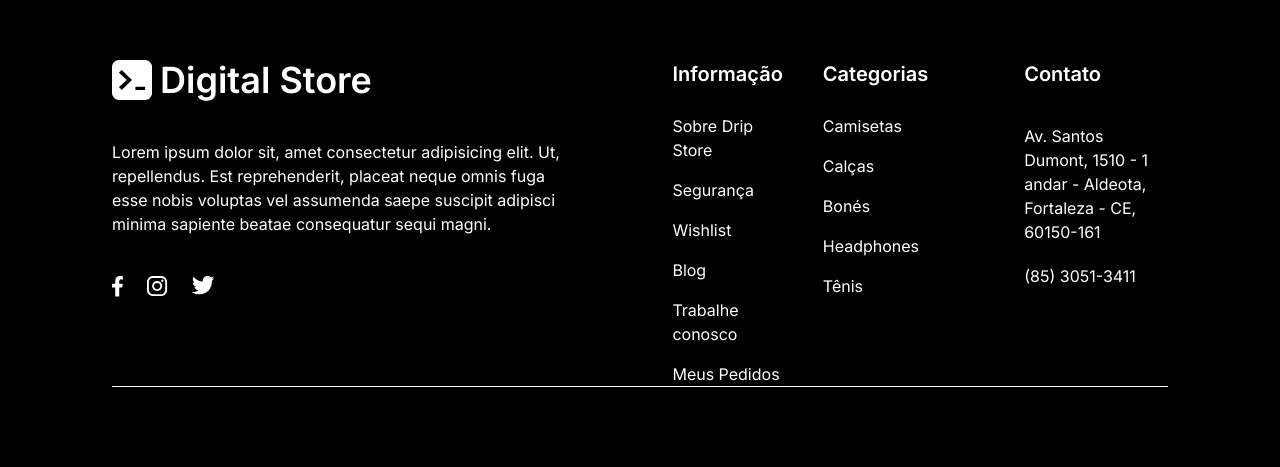
Repository: geracao-09/digital-store
Page: index.html
The author's editor kept a copy of each file at every save. The page is drawn from the files as they stood at one save, then again after the next save.
The browser window is 1280 px wide. The pictures show the part of the page from y = 3410 to 3877 px (the page is 3877 px tall).
A picture or video elsewhere on the page could not be fetched, so the positions and the page height are approximate.

Above is the page before, as saved 2025-04-25 09:00:37.

After the next save:
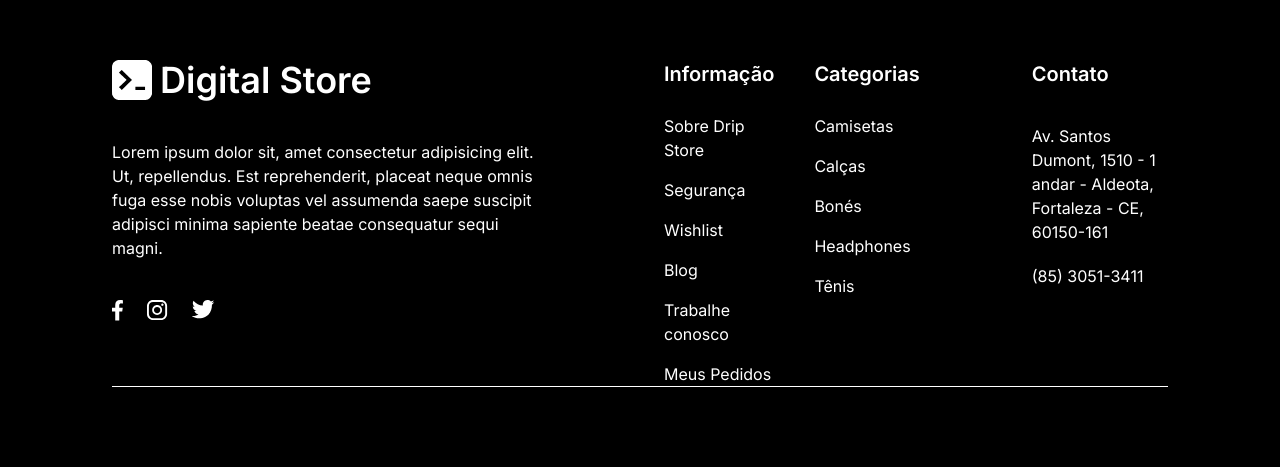
Saved 16 s later.
--- a/index.html
+++ b/index.html
@@ -319,7 +319,7 @@
     </section>
 </main>
 <footer class="bg-black text-white py-20 px-28">
-    <div class="flex gap-24">
+    <div class="flex gap-28">
         <div  class="flex flex-col gap-10">
             <div class="flex gap-2">
                 <img src="/assets/white-logo.svg" alt="Logo da Digital em branco">
